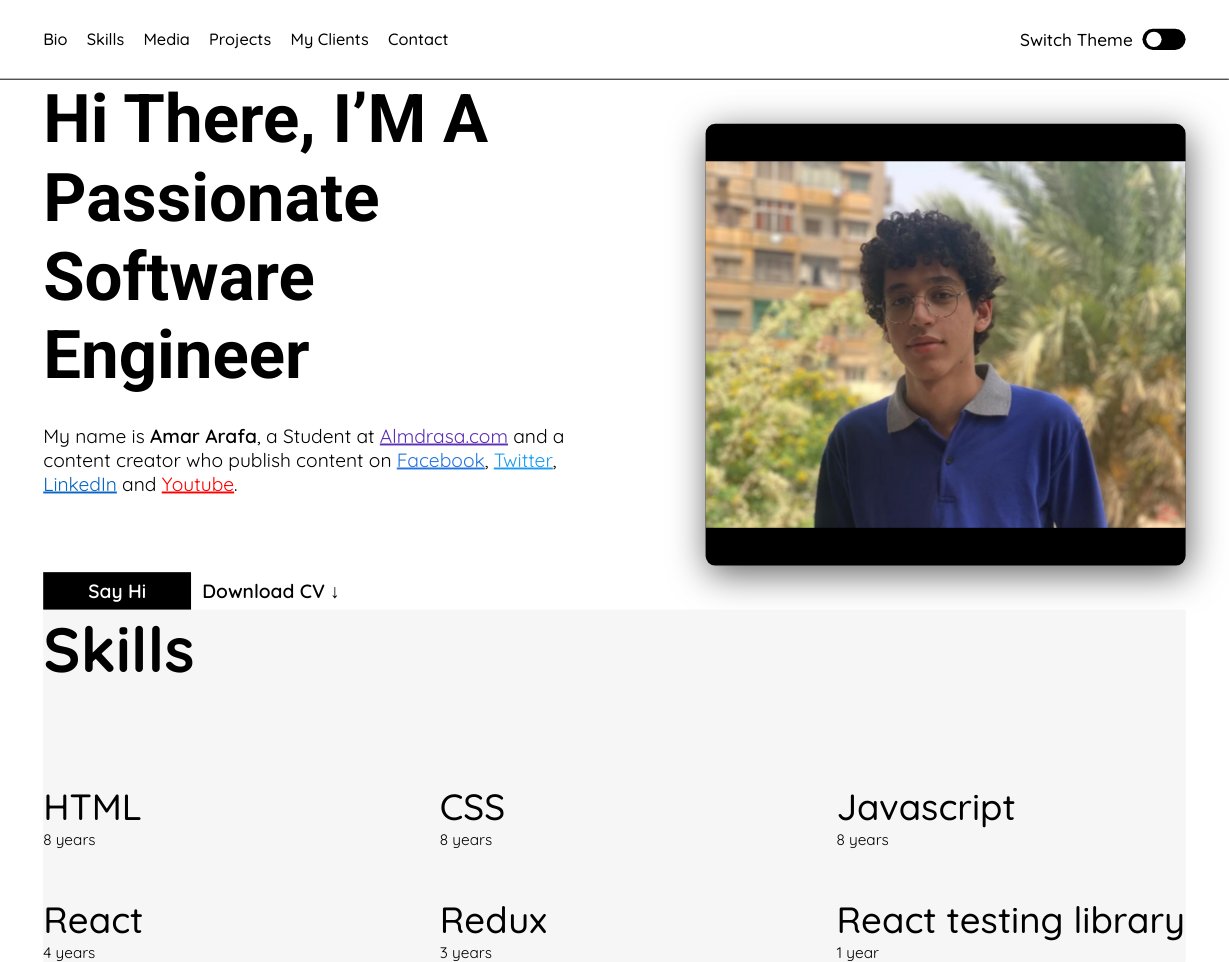
Repository: benarafa1/personal-website
Page: index.html
The author's editor kept a copy of each file at every save. The page is drawn from the files as they stood at one save, then again after the next save.
The browser window is 1280 px wide. The pictures show the whole page, at 96% of full size.

Above is the page before, as saved 2025-04-12 16:19:25.

### index.html
<!DOCTYPE html>
<html lang="en">
  <head>
    <meta charset="UTF-8" />
    <meta name="viewport" content="width=device-width, initial-scale=1.0" />
    <link rel="preconnect" href="https://fonts.googleapis.com" />
    <link rel="preconnect" href="https://fonts.gstatic.com" crossorigin />
    <link rel="preconnect" href="https://fonts.googleapis.com" />
    <link rel="preconnect" href="https://fonts.gstatic.com" crossorigin />
    <link
      href="https://fonts.googleapis.com/css2?family=Quicksand:wght@300..700&family=Roboto:ital,wght@0,100;0,300;0,400;0,500;0,700;0,900;1,100;1,300;1,400;1,500;1,700;1,900&display=swap"
      rel="stylesheet"
    />

    <link rel="stylesheet" href="style.css" />
    <title>Amar Arafa</title>
  </head>

  <body>
    <div class="container">
      <header class="header">
        <nav class="navigation">
          <ul class="navigation__list">
            <li><a class="navigation__link" href="#">Bio</a></li>
            <li><a class="navigation__link" href="#">Skills</a></li>
            <li><a class="navigation__link" href="#">Media</a></li>
            <li><a class="navigation__link" href="#">Projects</a></li>
            <li><a class="navigation__link" href="#">My Clients</a></li>
            <li><a class="navigation__link" href="#">Contact</a></li>
          </ul>
        </nav>
        <div class="toggle">
          <h3 class="toggle__title">Switch Theme</h3>
          <input
            type="checkbox"
            name="toggle__checkbox"
            id="checkbox"
            class="toggle__checkbox"
          />
          <label for="checkbox" class="toggle__label"></label>
        </div>
      </header>
      <section class="bio section">
        <div class="bio__data-part">
          <h1 class="bio__heading">
            Hi There, I’M A Passionate Software Engineer
          </h1>
          <p class="bio__objective">
            My name is <span class="bio__name">Amar Arafa</span>, a Student at
            <a href="" class="bio__Almdrasa">Almdrasa.com</a> and a content
            creator who publish content on
            <a href="#" class="bio__Facebook">Facebook</a>,
            <a href="#" class="bio__Twitter">Twitter</a>,
            <a href="#" class="bio__LinkedIn">LinkedIn</a> and
            <a href="#" class="bio__Youtube">Youtube</a>.
          </p>
          <a href="#" class="bio__links say-hi-link">Say Hi</a>
          <a href="#" class="bio__links download-cv-link"
            >Download CV <span class="bio__arrow">↓</span></a
          >
        </div>
        <div class="bio__pic-part">
          <img
            src="images/personal-pic.jpg"
            alt="img of amar"
            class="bio__pic"
          />
        </div>
      </section>
      <section class="skills section">
        <h2 class="h2__heading">Skills</h2>
        <div class="skills__languages">
          <div class="html">
            <p class="language">HTML</p>
            <p class="experience">8 years</p>
          </div>
          <div class="css">
            <p class="language">CSS</p>
            <p class="experience">8 years</p>
          </div>
          <div class="javascript">
            <p class="language">Javascript</p>
            <p class="experience">8 years</p>
          </div>
          <div class="react">
            <p class="language">React</p>
            <p class="experience">4 years</p>
          </div>
          <div class="redux">
            <p class="language">Redux</p>
            <p class="experience">3 years</p>
          </div>
          <div class="react-testing-library">
            <p class="language">React testing library</p>
            <p class="experience">1 year</p>
          </div>
        </div>
      </section>
    </div>
  </body>
</html>

### style.css
:root {
  --container-width: 119rem;
  --gutter: 2rem;
  --color-black: #000;
  --color-white: #fff;
  --color-blue: #2374e1;
  --color-light-blue: #1d9bf0;
  --color-dark-blue: #0a66c2;
  --color-darker-blue: #143ce8;
  --color-red: #ff0000;
  --color-purple: hsla(261, 96%, 33%, 0.822);
  --color-grey: #f6f6f6;
  --color-dark-green: #42959b;
  --color-background: var(--color-white);
  --color-text: var(--color-black);
  --color-box-img: var(--color-black);
  --color-link-bg: var(--color-black);
  --color-input-border: var(--color-black);
  --font-family-Roboto: "Roboto", sans-serif;
  --font-family-Quicksand: "Quicksand", sans-serif;
  --font-weight-regular: 400;
  --font-weight-medium: 500;
  --font-weight-semi-bold: 600;
  --font-weight-bold: 700;
  --font-size-70: 7rem;
  --font-size-65: 6.5rem;
  --font-size-40: 4rem;
  --font-size-38: 3.8rem;
  --font-size-24: 2.4rem;
  --font-size-22: 2.2rem;
  --font-size-20: 2rem;
  --font-size-18: 1.8rem;
  --font-size-15: 1.5rem;
  --transition-timing: 0.3s;
}

/* start CSS Reset_________________ */
*,
*::before,
*::after {
  box-sizing: border-box;
  margin: 0;
  padding: 0;
  font: inherit;
}

a {
  color: inherit;
  display: inline-block;
}

button {
  background-color: transparent;
  border: none;
  cursor: pointer;
}

ul,
ol {
  list-style: none;
}
body {
  font-size: 1.6rem;
  font-family: var(--font-family-Quicksand);
}

html {
  font-size: 62.5%;
  scroll-behavior: smooth;
  scroll-padding-top: 11rem;
}
/* end CSS Reset _____________________*/

/* globaL styles start________________ */
.section {
  display: grid;
  grid-template-columns: repeat(2, auto);
  align-items: start;
}
.h2__heading {
  font-size: var(--font-size-65);
  font-weight: var(--font-weight-bold);
  grid-column: 1/-1;
}
/* globaL styles end________________ */
.container {
  margin: 0 auto;
  width: var(--container-width);
}
/* header component start___________________ */

.navigation__list {
  display: flex;
  gap: 2rem;
}
.navigation__link:link,
.navigation__link:visited {
  font-weight: var(--font-weight-medium);
  text-decoration: none;
  font-size: 1.7rem;
}
.navigation__link:hover,
.navigation__link:active {
  text-decoration: underline;
}

.header {
  position: relative;
  padding: 3rem 0;
  display: flex;
  justify-content: center;
}
.header::before {
  content: "";
  position: absolute;
  height: 100%;
  width: 100vw;
  top: 0;
  z-index: -1;
  border-bottom: 0.1rem solid var(--color-input-border);
}

/* toggle start */
.toggle {
  display: flex;
  gap: 1rem;
  margin-left: auto;
}
.toggle__title {
  font-weight: var(--font-weight-medium);
  font-size: var(--font-size-18);
}
.toggle__checkbox {
  display: none;
}

.toggle__label {
  display: block;
  width: 4.5rem;
  height: 2.2rem;
  border-radius: 1.5rem;
  background-color: var(--color-black);
  cursor: pointer;
  padding: 0.3rem 0.4rem;
  transition: var(--transition-timing);
}

.toggle__label::before {
  content: "";
  display: block;
  width: 1.6rem;
  height: 1.6rem;
  border-radius: 50%;
  background-color: var(--color-white);
  transition: var(--transition-timing);
}

.toggle__checkbox:checked + .toggle__label {
  background-color: var(--color-white);
}
.toggle__checkbox:checked + .toggle__label::before {
  background-color: var(--color-black);
  transform: translateX(2.1rem);
}
/* toggle end */

/* header component end+_______________ */

/* bio component start */
.bio {
  grid-template-columns: repeat(2, 1fr);
  gap: 7.4rem;
}

.bio__heading {
  font-family: var(--font-family-Roboto);
  font-size: var(--font-size-70);
  font-weight: var(--font-weight-bold);
}
.bio__objective {
  font-weight: var(--font-weight-regular);
  font-size: var(--font-size-20);
  margin: 3rem 0 8rem;
}
.bio__name {
  font-weight: var(--font-weight-semi-bold);
}
.bio__Almdrasa {
  color: var(--color-purple);
}
.bio__Facebook {
  color: var(--color-blue);
}
.bio__Twitter {
  color: var(--color-light-blue);
}
.bio__LinkedIn {
  color: var(--color-dark-blue);
}
.bio__Youtube {
  color: var(--color-red);
}
.bio__links {
  font-size: var(--font-size-20);
  font-weight: var(--font-weight-semi-bold);
  text-decoration: none;
}
.say-hi-link {
  padding: 0.7rem 4.7rem;
  background-color: var(--color-black);
  color: var(--color-white);
}
.download-cv-link {
  margin-inline-start: 0.7rem;
}

@keyframes jump {
  0% {
    transform: translateY(0.5rem);
  }
  25% {
    transform: translateY(-0.5rem);
  }
  50% {
    transform: translateY(0);
  }
  100% {
    transform: translateY(0);
  }
}

.bio__arrow {
  display: inline-block;
  animation: jump 1s ease-in-out infinite alternate;
}

.bio__pic-part {
  display: flex;
  position: relative;
  align-items: center;
  align-self: center;
  justify-self: end;
}
.bio__pic-part::before {
  content: "";
  display: block;
  position: absolute;
  height: 46rem;
  width: 100%;
  border-radius: 1rem;
  z-index: -1;
  background-color: var(--color-box-img);
  box-shadow: 2.17543px 8.7017px 38.0699px rgba(0, 0, 0, 0.623);
}
.bio__pic {
  width: 50rem;
}
/* bio component end */

/* skills component start */
.skills {
  background-color: var(--color-grey);
  row-gap: 10rem;
}

.skills__languages {
  display: grid;
  grid-template-columns: repeat(3, 1fr);
  gap: 5rem;
}
.language {
  font-size: var(--font-size-38);
  font-weight: var(--font-weight-medium);
}

/* skills component end */

After the next save:
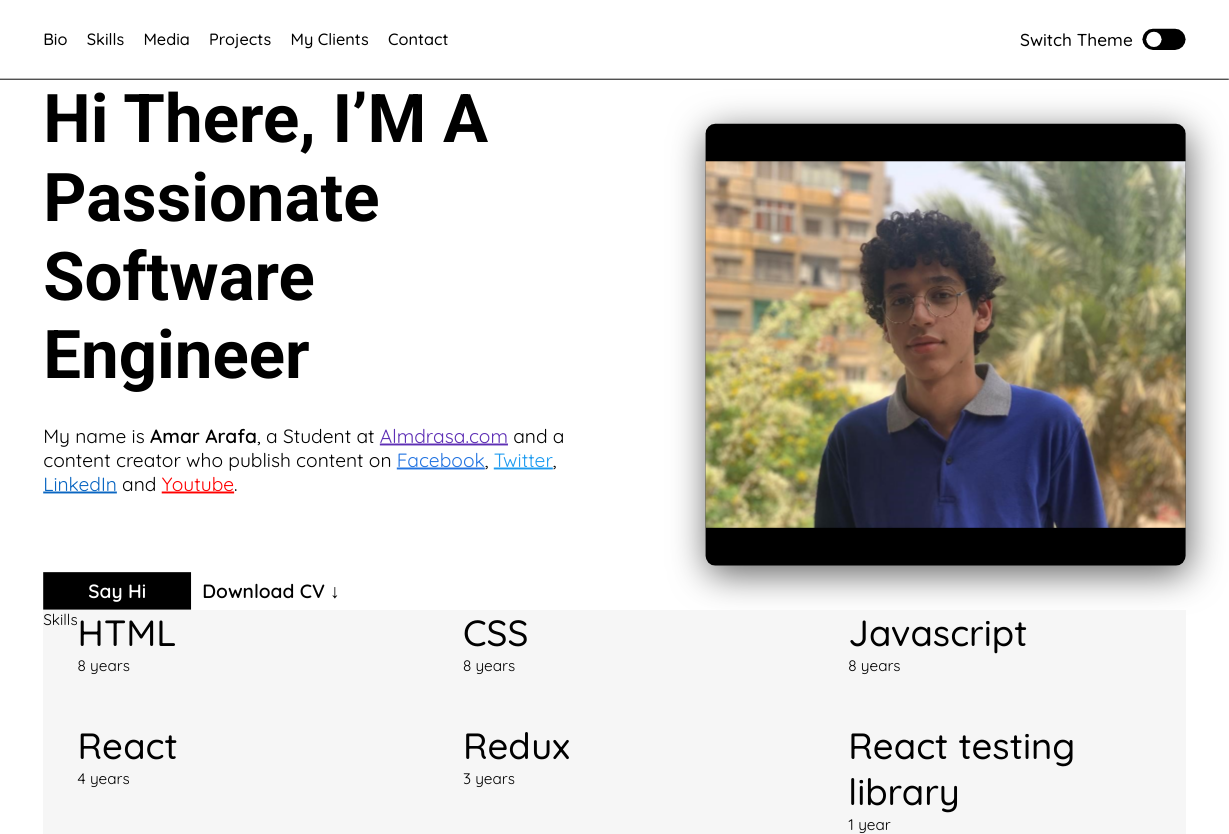
Saved 3 min 0 s later.
--- a/style.css
+++ b/style.css
@@ -69,24 +69,29 @@
   scroll-behavior: smooth;
   scroll-padding-top: 11rem;
 }
+
+.container {
+  margin: 0 auto;
+  width: var(--container-width);
+}
 /* end CSS Reset _____________________*/
 
 /* globaL styles start________________ */
 .section {
   display: grid;
+  position: relative;
   grid-template-columns: repeat(2, auto);
   align-items: start;
 }
-.h2__heading {
-  font-size: var(--font-size-65);
-  font-weight: var(--font-weight-bold);
-  grid-column: 1/-1;
-}
+.section-with-bg {
+  padding: 10rem 0;
+}
+.section-with-bg::after {
+  content: "";
+}
+
 /* globaL styles end________________ */
-.container {
-  margin: 0 auto;
-  width: var(--container-width);
-}
+
 /* header component start___________________ */
 
 .navigation__list {

After the 2 saves that followed:
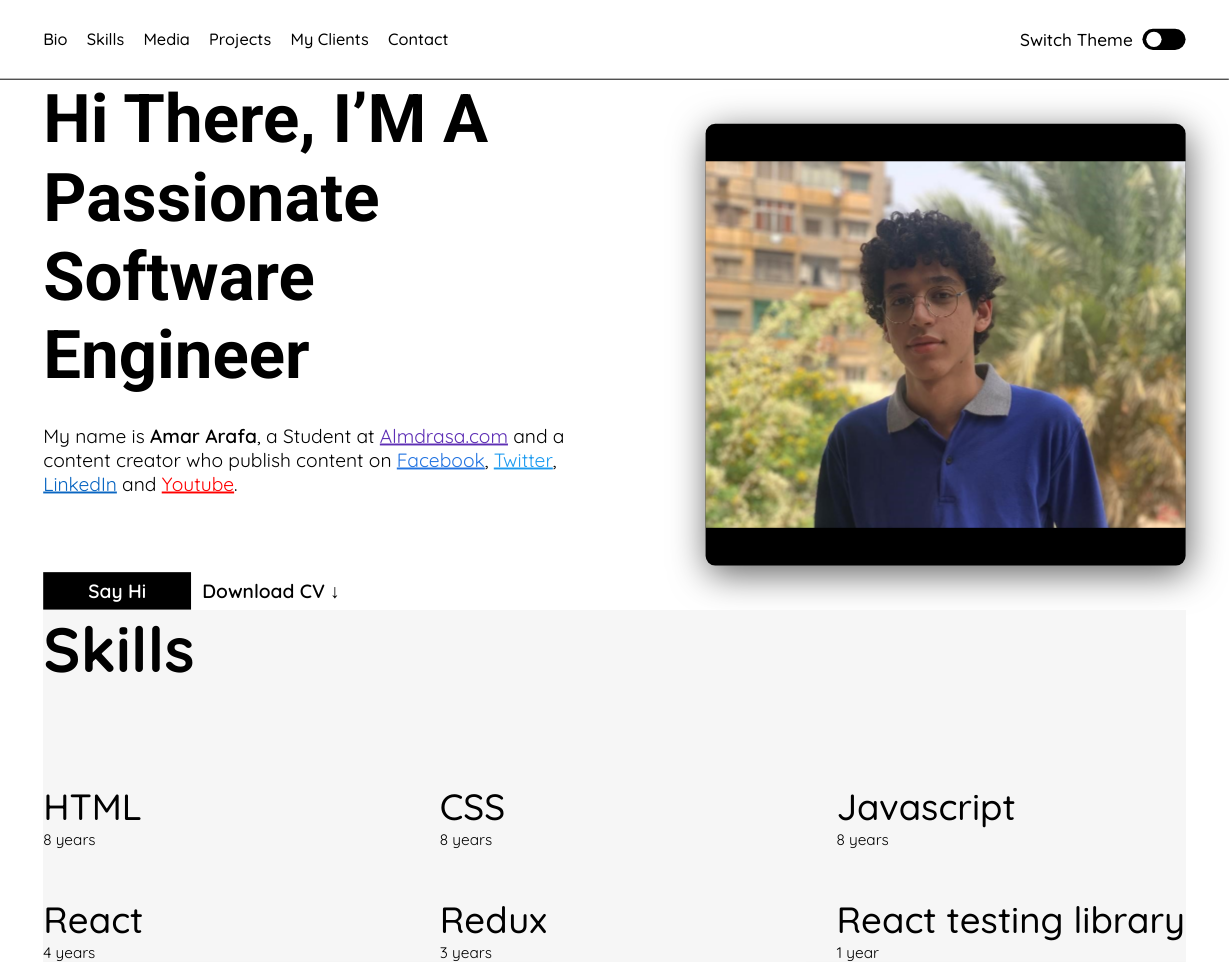
The 2 saves are shown as one change because 1 left the picture as it was.
The last was saved 107 s later.
--- a/style.css
+++ b/style.css
@@ -77,6 +77,11 @@
 /* end CSS Reset _____________________*/
 
 /* globaL styles start________________ */
+.h2__heading {
+  font-size: var(--font-size-65);
+  font-weight: var(--font-weight-bold);
+  grid-column: 1/-1;
+}
 .section {
   display: grid;
   position: relative;
@@ -88,6 +93,11 @@
 }
 .section-with-bg::after {
   content: "";
+  position: absolute;
+  display: block;
+  height: 100%;
+  width: 100vw;
+  background-color: var(--color-grey);
 }
 
 /* globaL styles end________________ */
